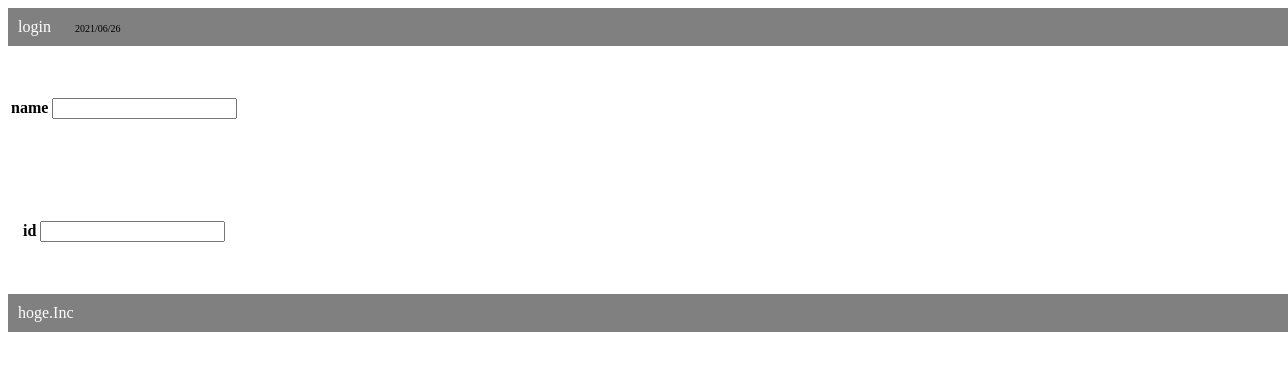
Repository: genki-iwai/curriculum
Page: http://localhost/Check3/
The author's editor kept a copy of each file at every save. The page is drawn from the files as they stood at one save, then again after the next save.
The browser window is 1280 px wide. The page is 1288 px wide, so the pictures cover 1288 px, including what lies to the right of the window. The pictures show the whole page.
The page is served by Tomcat 9.

Above is the page before, as saved 2021-07-06 21:25:22.

### JavaStudy/Check3/WebContent/jspTest.jsp
<%@ page language="java" contentType="text/html; charset=UTF-8"
    pageEncoding="UTF-8"%>
<!DOCTYPE html PUBLIC "-//W3C//DTD HTML 4.01 Transitional//EN" "http://www.w3.org/TR/html4/loose.dtd">
<html>
<head>
<meta http-equiv="Content-Type" content="text/html; charset=UTF-8">
<link rel="styleSheet" href="css/style.css">
<title>Insert title here</title>
</head>
<body>
<div class="wrapper">
<%@ include file="header.jsp" %>
	<div class="main">
		<table class="main">
			<tr>
				<th>name <input type = "text"></th>
			</tr>
			<tr>
				<th>id <input type = "text"></th>
			</tr>
		</table>
	</div>
</div>
<%@ include file="footer.jsp" %>
</body>
</html>

### JavaStudy/Check3/WebContent/header.jsp
<%@ page language="java" contentType="text/html; charset=UTF-8"
    pageEncoding="UTF-8"%>
<%@ page import="java.util.*,java.text.SimpleDateFormat" %>
<!DOCTYPE html PUBLIC "-//W3C//DTD HTML 4.01 Transitional//EN" "http://www.w3.org/TR/html4/loose.dtd">
<html>
<head>
<meta http-equiv="Content-Type" content="text/html; charset=UTF-8">
<title>Insert title here</title>
</head>
<body>
	<div class="header">
		<label class="login">login</label>
		<label class="date">
			<% Date date = new Date();
				SimpleDateFormat sdf = new SimpleDateFormat("yyyy/MM/dd");
				String formatDate = sdf.format(date);
				out.print(formatDate);
			 %>
		</label>
	</div>
</body>
</html>

### JavaStudy/Check3/WebContent/footer.jsp
<%@ page language="java" contentType="text/html; charset=UTF-8"
    pageEncoding="UTF-8"%>
<!DOCTYPE html PUBLIC "-//W3C//DTD HTML 4.01 Transitional//EN" "http://www.w3.org/TR/html4/loose.dtd">
<html>
<head>
<meta http-equiv="Content-Type" content="text/html; charset=UTF-8">
<title>Insert title here</title>
</head>
<body>
	<div class="footer">
		<label class="footer-1">hoge.Inc</label>
	</div>

</body>
</html>

### JavaStudy/Check3/WebContent/css/style.css
@CHARSET "UTF-8";

body {
	width: 100%;
	height: 100%;
}
.wrapper {
	margin: 0 auto;
}

.header {
	background-color: gray;
}
.login {
	display: inline-block;
	padding: 10px;
	color: white;
}
.date {
	padding: 10px;
	font-size: 10px;
}
.main tr th {
	padding-top: 50px;
	padding-bottom: 50px;
}
.footer {
	background-color: gray;
}
.footer-1 {
	display: inline-block;
	padding: 10px;
	color: white;
}

After the next save:
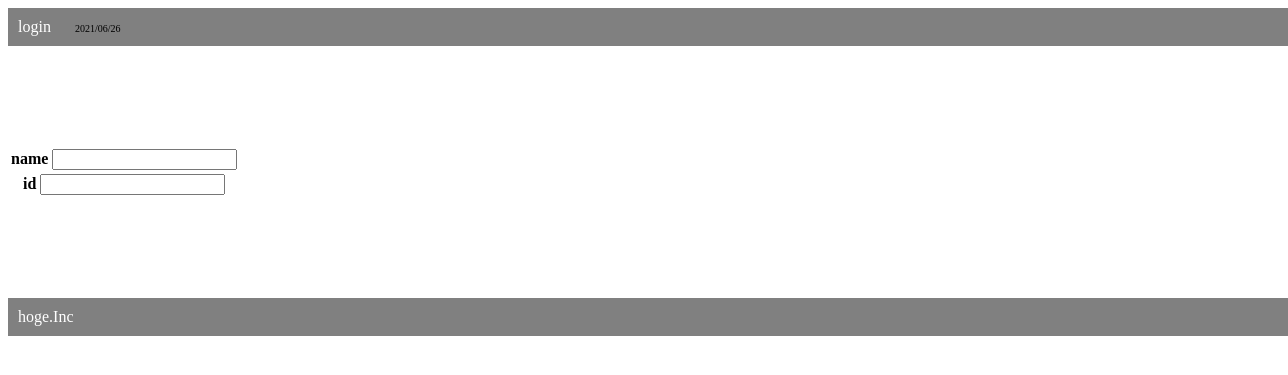
Saved 7 s later.
--- a/JavaStudy/Check3/WebContent/css/style.css
+++ b/JavaStudy/Check3/WebContent/css/style.css
@@ -20,7 +20,7 @@ body {
 	padding: 10px;
 	font-size: 10px;
 }
-.main tr th {
+.main {
 	padding-top: 50px;
 	padding-bottom: 50px;
 }
